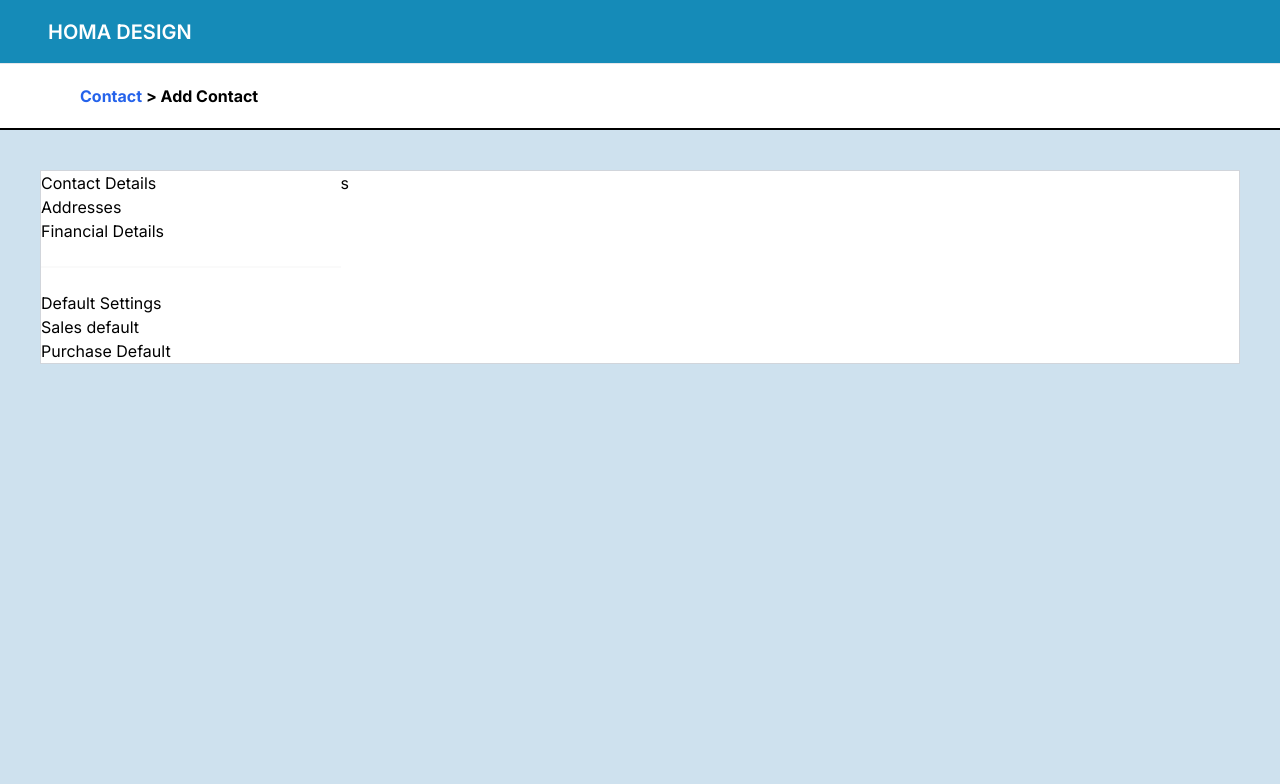
Repository: khairul35/homa-FE
Page: /contact, after clicking the first element matching `button.ml-5`
These files come from the project's save history. The page is drawn as it stood at one moment and after the next save; the edit follows.
The browser window is 1280 px wide. The pictures show the whole page.
The project was rebuilt for these pictures with package versions that can differ from the ones it lists, and the page was loaded fresh each time. The framework's server and built-in components were replaced by stand-ins that run in the browser. Also part of the build but not shown: next.config.js, app/components/layout/header/BusinessMenu.tsx, app/components/layout/header/CompanyMenu.tsx.

Above is the page before, as saved 2024-01-06 11:23:04.

### app/layout.tsx
import type { Metadata } from 'next'
import { Inter } from 'next/font/google'
import Header from './components/layout/Header';
import './globals.css'

const inter = Inter({ subsets: ['latin'] })

export const metadata: Metadata = {
  title: 'MyAccount2U',
  description: 'Accounting System',
}

export default function RootLayout({
  children,
}: {
  children: React.ReactNode
}) {
  return (
    <html lang="en">
      <body className={inter.className}>
        <div className='flex flex-col h-screen'>
          <Header />
          {children}
        </div>
      </body>
    </html>
  )
}

### app/contact/page.tsx
'use client';
import { useState } from 'react';
import { ComponentProps } from './index.props';
import Component from './index.component';
import ContactForm from './form';
import { FormProps } from './form/index.props';

const Contact = () => {
    const [currentTab, setCurrentTab] = useState('all');
    const [show, setShow] = useState<'list'|'form'>('list');
    const selectedStyle = {
        backgroundColor: '#ECECEC',
        borderBottom: '3px solid #158BB8',
    };

    const onClickAddContact = () => {
        setShow('form');
    };

    const componentProps: ComponentProps = {
        currentTab,
        selectedStyle,
        setCurrentTab,
        onClickAddContact
    };

    const contactFormProps: FormProps = {
        setShow,
    };

    if (show == 'list') {
        return (<Component {...componentProps} />);
    }
    if (show == 'form') {
        return (<ContactForm {...contactFormProps} />);
    }
    return(<></>);
};

export default Contact;

### app/components/layout/Header.tsx
'use client';

import Link from "next/link";
import BusinessMenu from "./header/BusinessMenu";
import CompanyMenu from "./header/CompanyMenu";
import OrganizationRepository from '@/api/organization';
import { useState, useEffect } from "react";
import { Organization } from "./props";
import { CompanyMenuProps } from "./header/props";

const Header = () => {
    const [organization, setOrganization] = useState<Partial<Organization>>({});
    const [organizations, setOrganizations] = useState<Organization[]>([]);

    const findMyOrganization = async () => {
        const { data } = await OrganizationRepository.findMyOrganization();
        setOrganization(data);
    };

    const findMyOrganizations = async () => {
        const { data } = await OrganizationRepository.findMyOrganizations();
        setOrganizations(data);
    };

    useEffect(() => {
        if (localStorage.getItem('isLogin') == 'true') {
            findMyOrganization();
            findMyOrganizations();
        }
    }, []);

    const companyMenuProps: CompanyMenuProps = {
        organizations,
        organization,
    };

    return (
        localStorage.getItem('isLogin') == 'true' ?
        <div
            className="navbar border-b shadow-black-200"
            style={{ backgroundColor: "#158BB8", color: "#fff" }}
        >
            <div className="navbar-start">
                <div className="dropdown">
                    <label tabIndex={0} className="btn -btn-ghost lg:hidden">
                        <svg
                            xmlns="http:www.w3.org/2000/svg"
                            className="h-5 2-5"
                            fill="none"
                            viewBox="0 0 24 24"
                            stroke="currentColor"
                        >
                            <path
                                strokeLinecap="round"
                                strokeLinejoin="round"
                                strokeWidth="2"
                                d="M4 6h16M4 12h8m-8 6h16"
                            />
                        </svg>
                    </label>
                    <ul
                        tabIndex={0}
                        className="menu menu-sm dropdown-content mt-3 z-[1] p-2 shadow bg-base-100 rounded-box w-52">
                        <li>
                            <Link href="/dashboard">Dashboard</Link>
                        </li>
                        <li>
                            <a>Parent</a>
                            <ul className="p-2">
                                <li><a>Submenu 1</a></li>
                                <li><a>Submenu 2</a></li>
                            </ul>
                        </li>
                        <li>
                            <a>Item 3</a>
                        </li>
                    </ul>
                </div>
                <div className="navbar-center hidden lg:flex">
                    <ul className="menu menu-horizontal px-1">
                        <li>
                            <Link href="/dashboard">Dashboard</Link>
                        </li>
                        <li tabIndex={0} style={{ zIndex: 2 }}>
                            <details>
                                <summary>Business</summary>
                                <BusinessMenu />
                            </details>
                        </li>
                        <li>
                            <Link href="/accounting">Accounting</Link>
                        </li>
                        <li>
                            <Link href="/contact">Contact</Link>
                        </li>
                    </ul>
                </div>
            </div>
            <div className="navbar-end">
                <a className="mr-4">
                    <svg xmlns="http://www.w3.org/2000/svg" width="20" height="20" viewBox="0 0 33 34" fill="none">
                        <path d="M16.497 14.3524C15.7961 14.3524 15.2148 13.8266 15.2148 13.1925V8.04214C15.2148 7.40801 15.7961 6.88214 16.497 6.88214C17.1978 6.88214 17.7791 7.40801 17.7791 8.04214V13.1925C17.7791 13.8421 17.1978 14.3524 16.497 14.3524Z" fill="white"/>
                        <path d="M16.5295 29.5566C12.119 29.5566 7.72562 28.9225 3.53739 27.6542C1.98177 27.1902 0.802227 26.1849 0.289383 24.9167C-0.223461 23.6484 -0.0525134 22.1945 0.785132 20.9263L2.95617 17.6473C3.43483 16.9204 3.86219 15.5594 3.86219 14.7087V11.4608C3.86219 5.13491 9.53767 0 16.5295 0C23.5213 0 29.1967 5.13491 29.1967 11.4608V14.7087C29.1967 15.5439 29.6241 16.9204 30.1028 17.6473L32.2738 20.9263C33.0773 22.1327 33.214 23.5711 32.6841 24.8857C32.1541 26.2004 30.9917 27.2057 29.5215 27.6542C25.3333 28.938 20.9399 29.5566 16.5295 29.5566ZM16.5295 2.33546C10.9565 2.33546 6.42641 6.43411 6.42641 11.4762V14.7242C6.42641 15.977 5.87938 17.7865 5.1614 18.8537L2.99036 22.1481C2.5459 22.8132 2.44333 23.5247 2.69975 24.1433C2.95617 24.762 3.53739 25.226 4.35794 25.4734C12.2215 27.8398 20.8716 27.8398 28.7352 25.4734C29.4703 25.2569 30.0344 24.762 30.2908 24.1124C30.5643 23.4628 30.4788 22.7513 30.0857 22.1481L27.9146 18.8692C27.1966 17.802 26.6496 15.9924 26.6496 14.7396V11.4917C26.6325 6.43411 22.1024 2.33546 16.5295 2.33546Z" fill="white"/>
                        <path d="M16.4942 33.5C14.665 33.5 12.8701 32.8195 11.5709 31.644C10.2717 30.4686 9.51953 28.8446 9.51953 27.1896H12.0838C12.0838 28.2414 12.5624 29.2622 13.3829 30.0046C14.2035 30.747 15.3317 31.18 16.4942 31.18C18.9216 31.18 20.9046 29.3859 20.9046 27.1896H23.4689C23.4689 30.6696 20.3405 33.5 16.4942 33.5Z" fill="white"/>
                    </svg>
                </a>
                <a className="mr-4">
                    <svg xmlns="http://www.w3.org/2000/svg" width="20" height="20" viewBox="0 0 34 36" fill="none">
                        <path d="M2 16.9625C2 8.69375 8.375 2 16.25 2" stroke="white" strokeWidth="3.17336" strokeLinecap="round" strokeLinejoin="round"/>
                        <path d="M30.502 16.9625C30.502 25.2312 24.127 31.925 16.252 31.925C10.642 31.925 5.78203 28.523 3.45703 23.5617" stroke="white" strokeWidth="3.17336" strokeLinecap="round" strokeLinejoin="round"/>
                        <path d="M20 6.72504H29" stroke="white" strokeWidth="3.17336" strokeLinecap="round" strokeLinejoin="round"/>
                        <path d="M20 11.45H24.5" stroke="white" strokeWidth="3.17336" strokeLinecap="round" strokeLinejoin="round"/>
                        <path d="M32 33.5L29 30.35" stroke="white" strokeWidth="3.17336" strokeLinecap="round" strokeLinejoin="round"/>
                    </svg>
                </a>
                <a className="mr-4">
                    <svg xmlns="http://www.w3.org/2000/svg" width="20" height="20" viewBox="0 0 34 34" fill="none">
                        <path d="M24.135 0H9.88192C3.69084 0 0 3.689 0 9.877V24.106C0 30.311 3.69084 34 9.88192 34H24.118C30.3091 34 33.9999 30.311 33.9999 24.123V9.877C34.0169 3.689 30.3261 0 24.135 0ZM27.2136 18.275H18.2841V27.2C18.2841 27.897 17.7058 28.475 17.0085 28.475C16.3111 28.475 15.7328 27.897 15.7328 27.2V18.275H6.80339C6.10604 18.275 5.52775 17.697 5.52775 17C5.52775 16.303 6.10604 15.725 6.80339 15.725H15.7328V6.8C15.7328 6.103 16.3111 5.525 17.0085 5.525C17.7058 5.525 18.2841 6.103 18.2841 6.8V15.725H27.2136C27.9109 15.725 28.4892 16.303 28.4892 17C28.4892 17.697 27.9109 18.275 27.2136 18.275Z" fill="white"/>
                    </svg>
                </a>
                <a className="mr-4">
                    <svg xmlns="http://www.w3.org/2000/svg" width="20" height="20" viewBox="0 0 49 50" fill="none">
                        <path d="M31.1171 15.8919C31.6121 16.9039 31.9046 18.0539 31.9046 19.2729C31.8821 23.3439 28.7546 26.6789 24.7946 26.7939C24.6371 26.7709 24.4346 26.7709 24.2546 26.7939C20.2946 26.6559 17.1445 23.3439 17.1445 19.2729C17.1445 15.1099 20.4296 11.7289 24.5246 11.7289" stroke="white" strokeWidth="3" strokeLinecap="round" strokeLinejoin="round"/>
                        <path d="M39.666 41.974C35.661 45.7229 30.351 47.9999 24.501 47.9999C18.6509 47.9999 13.3409 45.7229 9.33594 41.974C9.56094 39.812 10.9109 37.696 13.3184 36.04C19.4834 31.854 29.5635 31.854 35.6835 36.04C38.091 37.696 39.441 39.812 39.666 41.974Z" stroke="white" strokeWidth="3" strokeLinecap="round" strokeLinejoin="round"/>
                        <path d="M6.5 11.2C3.6875 15.0409 2 19.8249 2 24.9999C2 37.6958 12.08 47.9998 24.5 47.9998C36.92 47.9998 47 37.6958 47 24.9999C47 12.3039 36.92 2 24.5 2C21.2825 2 18.2 2.69 15.4325 3.95499" stroke="white" strokeWidth="3" strokeLinecap="round" strokeLinejoin="round"/>
                    </svg>
                </a>
                    <ul className="menu menu-horizontal px-1">
                        <li tabIndex={0} style={{ borderRadius: '5px', background: '#0E3265', zIndex: 2 }}>
                            <details>
                                <summary>
                                    {organization.name}
                                </summary>
                                <CompanyMenu {...companyMenuProps} />
                            </details>
                        </li>
                    </ul>
            </div>
        </div>
        :
        <div
            className="navbar border-b shadow-black-200"
            style={{ backgroundColor: "#158BB8", color: "#fff" }}
        >
            <h2 className="text-xl font-semibold pl-10">HOMA DESIGN</h2>
        </div>
    )
};

export default Header;

### app/contact/index.component.tsx
import { ComponentProps } from "./index.props";

const Component = (props: ComponentProps) => {
    const {
        currentTab,
        selectedStyle,
        onClickAddContact,
        setCurrentTab,
    } = props;

    return (
        (
            <main className="flex min-h-screen flex-col justify-between bg-bg-color">
                <div>
                    <div className="bg-white">
                        <div className="flex items-center justify-between px-4 sm:px-6 md:px-8">
                            <div className="flex items-center space-x-2">
                                <span
                                    className="hidden sm:inline font-semibold p-5 cursor-pointer"
                                    style={currentTab == 'all' ? selectedStyle : undefined }
                                    onClick={() => setCurrentTab('all')}
                                >
                                    All
                                </span>
                                <span
                                    className="hidden sm:inline font-semibold p-5 cursor-pointer"
                                    style={currentTab == 'customers' ? selectedStyle : undefined }
                                    onClick={() => setCurrentTab('customers')}
                                >
                                    Customers
                                </span>
                                <span
                                    className="hidden sm:inline font-semibold p-5 cursor-pointer"
                                    style={currentTab == 'suppliers' ? selectedStyle : undefined }
                                    onClick={() => setCurrentTab('suppliers')}
                                >
                                    Suppliers
                                </span>
                                <span
                                    className="hidden sm:inline font-semibold p-5 cursor-pointer"
                                    style={currentTab == 'archieved' ? selectedStyle : undefined }
                                    onClick={() => setCurrentTab('archieved')}
                                >
                                    Archieved
                                </span>
                                <span
                                    className="hidden sm:inline font-semibold p-5 cursor-pointer"
                                    style={currentTab == 'groups' ? selectedStyle : undefined }
                                    onClick={() => setCurrentTab('groups')}
                                >
                                    Groups
                                </span>
                            </div>
                            <div className="flex items-center">
                                <h2 className="hidden sm:block text-xl font-semibold">
                                    Contacts
                                </h2>
                                <div className="flex items-center ml-2">
                                    <button className="ml-5" onClick={onClickAddContact}>
                                        <svg xmlns="http://www.w3.org/2000/svg" width="30" height="30" viewBox="0 0 45 45" fill="none">
                                            <rect width="45" height="45" rx="2" fill="#8ACA2C"/>
                                            <path d="M37.25 19.75H34.25V16.75C34.25 16.3375 33.9125 16 33.5 16H32C31.5875 16 31.25 16.3375 31.25 16.75V19.75H28.25C27.8375 19.75 27.5 20.0875 27.5 20.5V22C27.5 22.4125 27.8375 22.75 28.25 22.75H31.25V25.75C31.25 26.1625 31.5875 26.5 32 26.5H33.5C33.9125 26.5 34.25 26.1625 34.25 25.75V22.75H37.25C37.6625 22.75 38 22.4125 38 22V20.5C38 20.0875 37.6625 19.75 37.25 19.75ZM18.5 22C21.8141 22 24.5 19.3141 24.5 16C24.5 12.6859 21.8141 10 18.5 10C15.1859 10 12.5 12.6859 12.5 16C12.5 19.3141 15.1859 22 18.5 22ZM22.7 23.5H21.9172C20.8766 23.9781 19.7188 24.25 18.5 24.25C17.2812 24.25 16.1281 23.9781 15.0828 23.5H14.3C10.8219 23.5 8 26.3219 8 29.8V31.75C8 32.9922 9.00781 34 10.25 34H26.75C27.9922 34 29 32.9922 29 31.75V29.8C29 26.3219 26.1781 23.5 22.7 23.5Z" fill="white"/>
                                        </svg>
                                    </button>
                                    <button className="ml-5">
                                        <svg xmlns="http://www.w3.org/2000/svg" width="6" height="20" viewBox="0 0 6 27" fill="none">
                                            <circle cx="2.75704" cy="2.75704" r="2.75704" fill="#494949"/>
                                            <circle cx="2.75704" cy="13.5002" r="2.75704" fill="#494949"/>
                                            <circle cx="2.75704" cy="24.2429" r="2.75704" fill="#494949"/>
                                        </svg>
                                    </button>
                                </div>
</div>

                        </div>
                    </div>
                    <div>
                        data
                    </div>
                </div>
            </main>
        )
    )
};

export default Component;

### app/contact/form/index.tsx
'use client';

import Component from "./index.component";
import { ComponentProps, FormProps } from "./index.props";

const ContactForm = (props: FormProps) => {
    const { setShow } = props;

    const onBack = () => {
        setShow('list');
    };

    const componentProps: ComponentProps = {
        onBack,
    };

    return (<Component {...componentProps} />)
};

export default ContactForm;

### api/organization/index.ts
import repository from "../repository";
import { CreateOrganizationProps, UpdateOrganizationProps } from "./props";

const resource = '/api/organization';

const api = {
    findMyOrganization() {
        return repository.get(`${resource}/me`);
    },
    findMyOrganizations() {
        return repository.get(`${resource}/me/all`);
    },
    createOrganization(body: CreateOrganizationProps) {
        return repository.post(`${resource}`, body);
    },
    updateOrganization(body: UpdateOrganizationProps) {
        return repository.put(`${resource}`, body);
    },
    updateCurrentOrganization(organizationId: number) {
        return repository.put(`${resource}/current-organization/${organizationId}`);
    },
};

export default api;

### app/contact/form/index.component.tsx
import { ComponentProps } from "./index.props"

const Component = (props: ComponentProps) => {
    const { onBack } = props;
    return (
        <div className="bg-bg-color min-h-screen overflow-auto pb-5">
            <div className="bg-white border-b-2 border-black">
                <h1 className="pl-20 pt-5 pb-5 text-l font-bold">
                    <a
                        className="text-blue-600 cursor-pointer"
                        onClick={() => onBack()}
                    >
                        Contact
                    </a>
                    &nbsp;&gt; Add Contact
                </h1>
            </div>
            <div
                className="flex
                    flex-col
                    md:flex-row
                    bg-white
                    m-10
                    border-gray-300
                    border-solid
                    border"
                >
                <div className="md:w-1/4 md:order-1">
                    <div>
                        Contact Details
                    </div>
                    <div>
                        Addresses
                    </div>
                    <div>
                        Financial Details
                    </div>
                    <div className="divider"></div>
                    <div>
                        Default Settings
                    </div>
                    <div>
                        Sales default
                    </div>
                    <div>
                        Purchase Default
                    </div>
                </div>
                <div className="md:w-3/4 md:order-2">
                    s
                </div>
            </div>
        </div>
    );
};

export default Component;

### api/repository.ts
import axios from 'axios';
import AuthRepository from './auth';

const repository = axios.create({
    baseURL: 'http://localhost:3000',
});

// Request interceptor to add Bearer token to outgoing requests
repository.interceptors.request.use(
    (config) => {
        const accessToken = localStorage.getItem('accessToken');
        if (accessToken) {
            config.headers.Authorization = `Bearer ${accessToken}`;
        }
        return config;
    },
    (error) => {
        return Promise.reject(error);
    }
);

let isRefreshing = false;
let failedQueue: any = [];

// Function to refresh the session and retry failed requests
async function retryFailedRequests(error: any) {
    if (isRefreshing) {
        try {
            const { data } = await AuthRepository.refreshToken();
            localStorage.setItem('accessToken', data.accessToken);
            localStorage.setItem('refreshToken', data.refreshToken);
            localStorage.setItem('isLogin', 'true');
            failedQueue.forEach((prom: any) => {
                prom.resolve(repository(prom.originalRequest));
            });
            failedQueue = [];
        } catch (error) {
            localStorage.setItem('isLogin', 'false');
            window.location.href = '/login';
            failedQueue.forEach((prom: any) => {
                prom.reject(error);
            });
            failedQueue = [];
        } finally {
            isRefreshing = false;
        }
    }
}

// Response interceptor to handle failed requests due to expired tokens
repository.interceptors.response.use(
    (response) => response,
    async (error) => {
        const {
            config,
            response: { status },
        } = error;

        if (status === 401) {
            const originalRequest = config;
            if (!isRefreshing) {
                isRefreshing = true;
                return new Promise((resolve, reject) => {
                    failedQueue.push({ resolve, reject, originalRequest });
                    retryFailedRequests(error);
                }).then((res) => {
                    return res;
                }).catch((err) => {
                    return Promise.reject(err);
                });
            } else {
                return new Promise((resolve, reject) => {
                    failedQueue.push({ resolve, reject, originalRequest });
                }).then((res) => {
                    return res;
                }).catch((err) => {
                    return Promise.reject(err);
                });
            }
        }
        return Promise.reject(error.response);
    }
);

export default repository;

### api/auth.ts
import repository from "./repository";

const resource = "/api/auth";

const api = {
    login(username: string, password: string) {
        return repository.post(
            `${resource}/login`,
            { username, password },
        );
    },
    refreshToken() {
        return repository.post(
            `${resource}/refreshToken`,
            { refreshToken: localStorage.getItem('refreshToken') },
        );
    },
    logout() {
        return repository.post(`${resource}/logout`);
    },
    logoutAllDevice() {
        return repository.post(`${resource}/logout/all-device`);
    },
};

export default api;

### tailwind.config.ts
import type { Config } from 'tailwindcss'

const config: Config = {
  content: [
    './pages/**/*.{js,ts,jsx,tsx,mdx}',
    './components/**/*.{js,ts,jsx,tsx,mdx}',
    './app/**/*.{js,ts,jsx,tsx,mdx}',
  ],
  theme: {
    extend: {
      backgroundImage: {
        'gradient-radial': 'radial-gradient(var(--tw-gradient-stops))',
        'gradient-conic':
          'conic-gradient(from 180deg at 50% 50%, var(--tw-gradient-stops))',
      },
      backgroundColor: {
        'bg-color': '#CEE1EE', // Define a custom background color class
      },
      button: {
        'primary': '#158BB8',
      },
      fontWeight: {
        'label': '600',
      },
    },
  },
  plugins: [require("daisyui")],
  daisyui: {
    themes: [
      {
        mytheme: {
          "primary": "#158BB8",
          "secondary": "#d926a9",
          "accent": "#1fb2a6",
          "neutral": "#2a323c",
          "base-100": "#1d232a",
          "info": "#3abff8",
          "success": "#36d399",
          "warning": "#fbbd23",
          "error": "#f87272",
        },
      },
    ],
  },
}
export default config

Loaded but not shown: app/globals.css (common file)

After the next save:
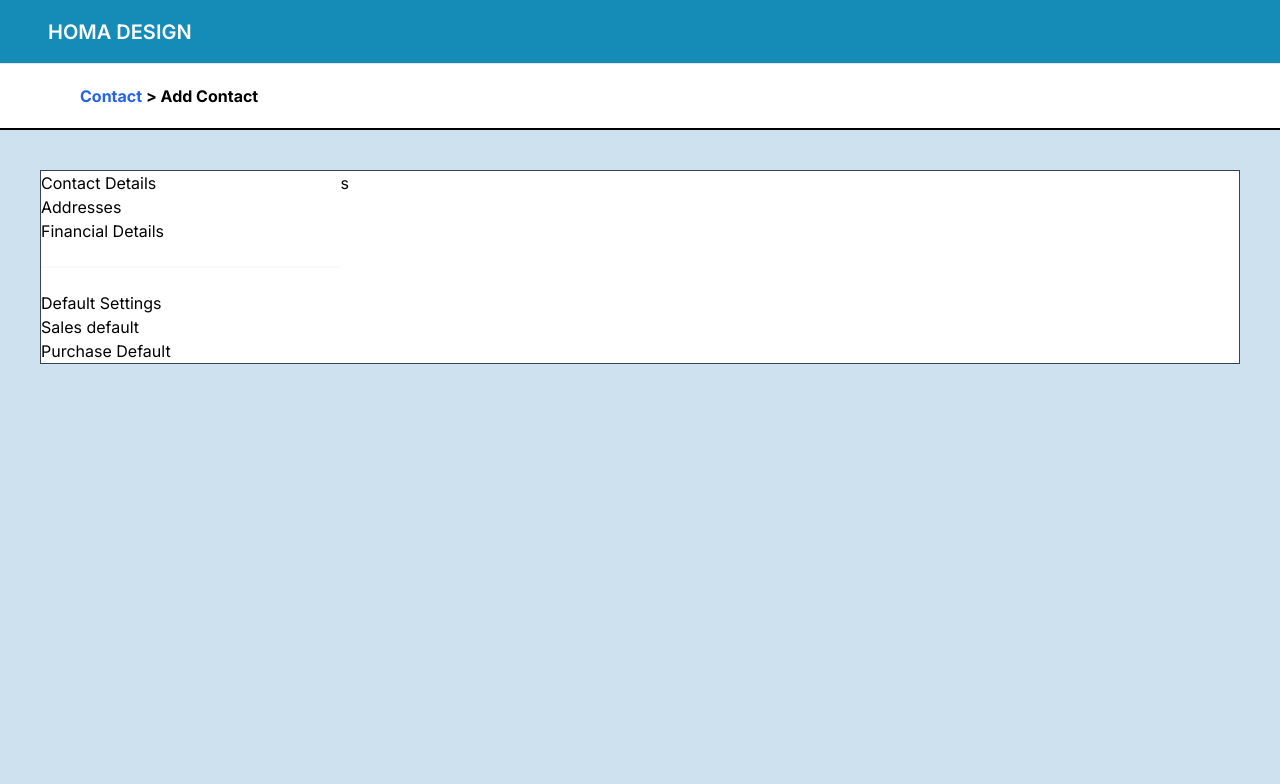
Saved 9 s later.
--- a/app/contact/form/index.component.tsx
+++ b/app/contact/form/index.component.tsx
@@ -21,7 +21,7 @@ const Component = (props: ComponentProps) => {
                     md:flex-row
                     bg-white
                     m-10
-                    border-gray-300
+                    border-gray-700
                     border-solid
                     border"
                 >
